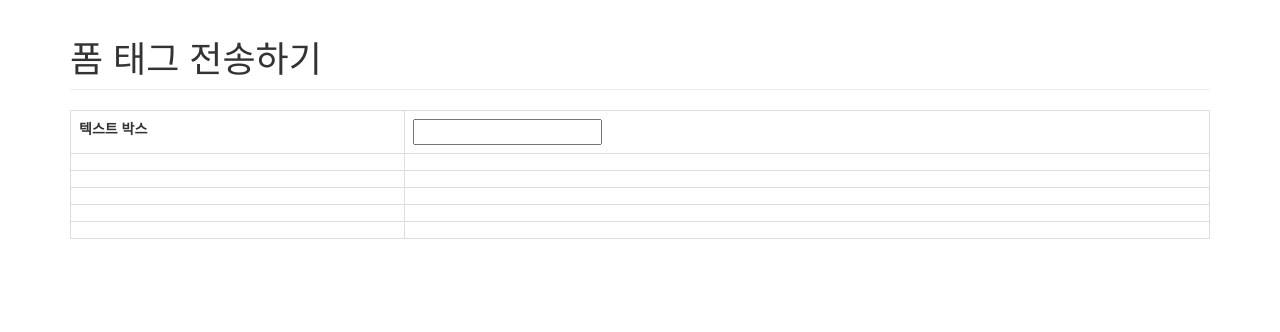
Repository: kimgyuseok/Server
Page: http://localhost/JSPTest/ex04.jsp
These files come from the project's save history. The page is drawn as it stood at one moment and after the next save; the edit follows.
The browser window is 1280 px wide. The pictures show the whole page.
The page is served by Tomcat 9.

Above is the page before, as saved 2022-01-06 03:35:18.

### JSPTest/src/main/webapp/ex04.jsp

<%@ page language="java" contentType="text/html; charset=UTF-8"
    pageEncoding="UTF-8"%>

<!DOCTYPE html>
<html>
<head>
<meta charset="UTF-8">
<title>Insert title here</title>
<%@ include file="/inc/asset.jsp" %>
</head>
<body>

	<div class="container">

		<h1 class="page-header">폼 태그 전송하기</h1>

		<table class="table table-bordered">
			<tr>
				<th>텍스트 박스</th>
				<td><input type="text" name="txt1"></td>
			</tr>
			<tr>
				<th></th>
				<td></td>
			</tr>
			<tr>
				<th></th>
				<td></td>
			</tr>
			<tr>
				<th></th>
				<td></td>
			</tr>
			<tr>
				<th></th>
				<td></td>
			</tr>
			<tr>
				<th></th>
				<td></td>
			</tr>
		</table>

	</div>


</body>
</html>

### JSPTest/src/main/webapp/inc/asset.jsp
<%@ page language="java" contentType="text/html; charset=UTF-8"
    pageEncoding="UTF-8"%>
<!-- asset.jsp -->

<link rel="stylesheet" href="/jsp/asset/css/bootstrap.css">

<script src="/jsp/asset/js/jquery-1.12.4.js"></script>
<script src="/jsp/asset/js/bootstrap.js"></script>

Loaded but not shown: JSPTest/src/main/webapp/asset/css/bootstrap.css (library); JSPTest/src/main/webapp/asset/js/jquery-1.12.4.js (library); JSPTest/src/main/webapp/asset/js/bootstrap.js (library)

After the next save:
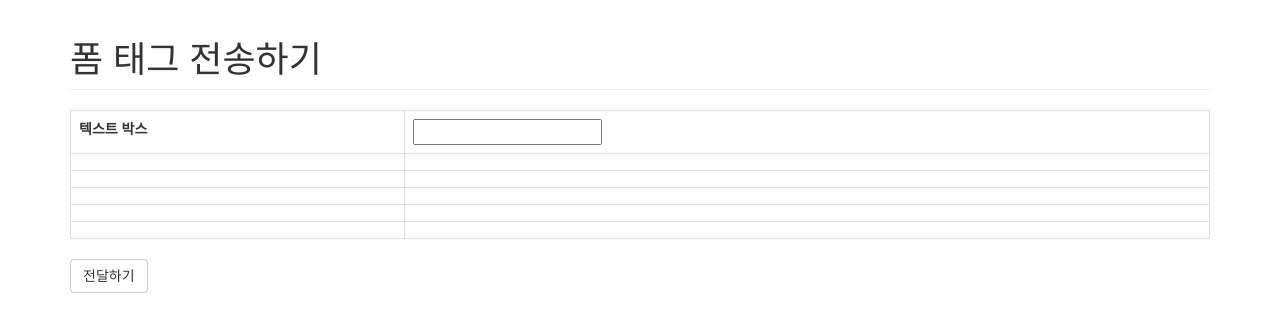
Saved 34 s later.
--- a/JSPTest/src/main/webapp/ex04.jsp
+++ b/JSPTest/src/main/webapp/ex04.jsp
@@ -14,7 +14,7 @@
 	<div class="container">
 
 		<h1 class="page-header">폼 태그 전송하기</h1>
-
+		<form>
 		<table class="table table-bordered">
 			<tr>
 				<th>텍스트 박스</th>
@@ -42,6 +42,8 @@
 			</tr>
 		</table>
 
+		<input type="submit" value="전달하기" class="btn btn-default">
+		</form>
 	</div>
 
 
